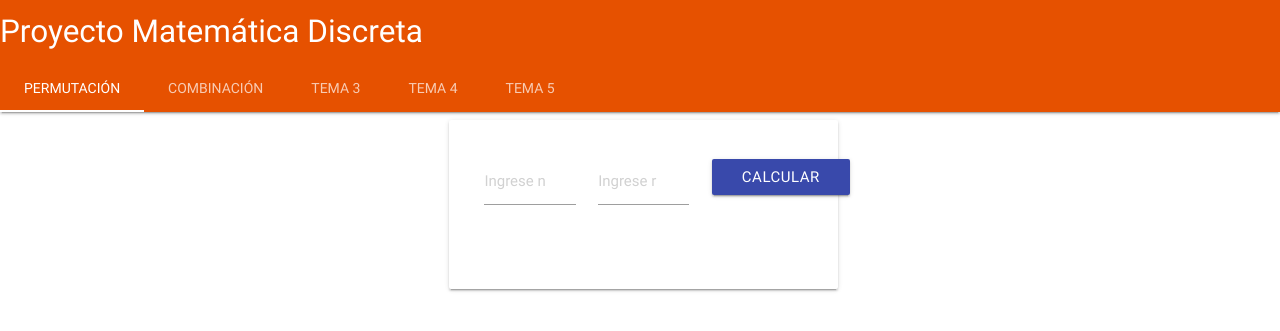
Repository: fernandodeleon/discrete-mathematics-operations
Page: index.html
An editor plug-in stored every save of this project. The page is shown before and after the next save, followed by the edit.
The browser window is 1280 px wide. The pictures show the whole page.

Above is the page before, as saved 2018-10-16 07:51:18.

### index.html
<!DOCTYPE html>
<html lang="en">

<head>
    <meta charset="UTF-8">
    <meta name="viewport" content="width=device-width, initial-scale=1.0">
    <meta http-equiv="X-UA-Compatible" content="ie=edge">
    <title>PROY. MATE. DIS.</title>

    <link href="https://fonts.googleapis.com/icon?family=Material+Icons" rel="stylesheet">
    <link rel="stylesheet" href="https://cdnjs.cloudflare.com/ajax/libs/materialize/0.100.2/css/materialize.min.css">



</head>

<body>
    <nav class="nav-extended orange darken-4">
        <div class="nav-wrapper">
            <a href="#" class="brand-logo">Proyecto Matemática Discreta</a>
        </div>
        <div class="nav-content">
            <ul class="tabs tabs-transparent">
                <li class="tab"><a class="active" href="#test1">Permutación</a></li>
                <li class="tab"><a href="#test2">Combinación</a></li>
                <li class="tab"><a href="#test3">Tema 3</a></li>
                <li class="tab"><a href="#test4">Tema 4</a></li>
                <li class="tab"><a href="#test5">Tema 5</a></li>
            </ul>
        </div>
    </nav>

    <div id="test1" class="col s12">
        <div class="row">
            <div class="col s6 offset-s4">
                <div class="row">
                    <div class="col s12 m8">
                        <div class="card">
                            <div class="card-image">

                            </div>
                            <div class="card-content">
                                <div class="row">
                                    <form id="formPermutacion">
                                        <div class="row">
                                            <div class="input-field col s4">
                                                <input id="inputNPermutacion" placeholder="Ingrese n" type="text" />
                                            </div>
                                            <div class="input-field col s4">
                                                <input id="inputRPermutacion" placeholder="Ingrese r" type="text" />
                                            </div>
                                            <div class="input-field col s4">
                                                <button class="btn waves-effect waves-light indigo darken-1" type="submit">
                                                    Calcular
                                                </button>
                                            </div>
                                        </div>
                                    </form>

                                    <h5 id="resultadoPermutacion"></h5>
                                </div>
                            </div>
                        </div>
                    </div>
                </div>
            </div>
        </div>
    </div>

    <div id="test2" class="col s12">
        <div class="row">
            <div class="col s6 offset-s4">
                <div class="row">
                    <div class="col s12 m8">
                        <div class="card">
                            <div class="card-image">

                            </div>
                            <div class="card-content">
                                <div class="row">
                                    <form id="formCombinacion">
                                        <div class="row">
                                            <div class="input-field col s4">
                                                <input id="inputNCombinacion" placeholder="Ingrese n" type="text" />
                                            </div>
                                            <div class="input-field col s4">
                                                <input id="inputRCombinacion" placeholder="Ingrese r" type="text" />
                                            </div>
                                            <div class="input-field col s4">
                                                <button class="btn waves-effect waves-light indigo darken-1" type="submit">
                                                    Calcular
                                                </button>
                                            </div>
                                        </div>
                                    </form>

                                    <h5 id="resultadoCombinacion"></h5>
                                </div>
                            </div>
                        </div>
                    </div>
                </div>
            </div>
        </div>
    </div>

    <div id="test3" class="col s12">
        <div class="row">
            <div class="col s6 offset-s4">
                <div class="row">
                    <div class="col s12 m8">
                        <div class="card">
                            <div class="card-image">
                                <span id="cubica" class="graph"></span>
                            </div>
                            <div class="card-content">

                                <div class="row">
                                    <form id="formCubica">
                                        <div class="row">
                                            <div class="input-field col s2">
                                                <h5>f(x)=</h5>
                                            </div>
                                            <div class="input-field col s8">
                                                <input id="inputCubica" type="text" />
                                            </div>
                                            <div class="input-field col s2">
                                                <button class="btn waves-effect waves-light" type="submit">
                                                    >
                                                </button>
                                            </div>
                                        </div>
                                    </form>
                                </div>

                            </div>
                        </div>
                    </div>
                </div>
            </div>
        </div>
    </div>

    <div id="test4" class="col s12">
        <div class="row">
            <div class="col s6 offset-s4">
                <div class="row">
                    <div class="col s12 m8">
                        <div class="card">
                            <div class="card-image">
                                <span id="circular" class="graph"></span>
                            </div>
                            <div class="card-content">
                                <div class="row">
                                    <form id="formCircular">
                                        <div class="row">
                                            <div class="input-field col s2">
                                                <h5>f(x)=</h5>
                                            </div>
                                            <div class="input-field col s8">
                                                <input id="inputCircular" type="text" />
                                            </div>
                                            <div class="input-field col s2">
                                                <button class="btn waves-effect waves-light" type="submit">
                                                    >
                                                </button>
                                            </div>
                                        </div>
                                    </form>
                                </div>
                            </div>
                        </div>
                    </div>
                </div>
            </div>
        </div>
    </div>

    <div id="test5" class="col s12">
        <div class="row">
            <div class="col s6 offset-s4">
                <div class="row">
                    <div class="col s12 m8">
                        <div class="card">
                            <div class="card-image">
                                <span id="circular" class="graph"></span>
                            </div>
                            <div class="card-content">
                                <div class="row">
                                    <form id="formCircular">
                                        <div class="row">
                                            <div class="input-field col s2">
                                                <h5>f(x)=</h5>
                                            </div>
                                            <div class="input-field col s8">
                                                <input id="inputCircular" type="text" />
                                            </div>
                                            <div class="input-field col s2">
                                                <button class="btn waves-effect waves-light" type="submit">
                                                    >
                                                </button>
                                            </div>
                                        </div>
                                    </form>
                                </div>
                            </div>
                        </div>
                    </div>
                </div>
            </div>
        </div>
    </div>
</body>
<script src="https://code.jquery.com/jquery-3.3.1.min.js" integrity="sha256-FgpCb/KJQlLNfOu91ta32o/NMZxltwRo8QtmkMRdAu8="
    crossorigin="anonymous"></script>

<script src="https://cdnjs.cloudflare.com/ajax/libs/materialize/0.100.2/js/materialize.min.js"></script>

<script>
    $(document).ready(function () {
        $('select').material_select();
    });
</script>

<script src="./permutacion.js"></script>
<script src="./combinacion.js"></script>
<script src="./tema3.js"></script>
<script src="./tema4.js"></script>
<script src="./tema5.js"></script>

</html>

### permutacion.js
$(document).ready(function () {
    $("#formPermutacion").submit(function (event) {
        let n = $("#inputNPermutacion").val();
        let r = $("#inputRPermutacion").val();

        //n factorial
        var resultadoN = 1;
        for (i = 1; i <= n; i++) {
            resultadoN = resultadoN * i;
        }

        //(n-r) factorial
        if (r < n) {
            let eneMenosErre = n - r;
            var resultadoEneMenorR = 1;
            for (i = 1; i <= eneMenosErre; i++) {
                resultadoEneMenorR = resultadoEneMenorR * i;
            }
            $("#resultadoPermutacion").text("Resultado: " + (resultadoN/resultadoEneMenorR));
        }else{
            Materialize.toast('"r" no puede ser igual o mayor a "n"', 4000)
        }

        event.preventDefault();
    });
});

### combinacion.js
$(document).ready(function () {
    $("#formCombinacion").submit(function (event) {
        let n = $("#inputNCombinacion").val();
        let r = $("#inputRCombinacion").val();

        //n factorial
        var resultadoN = 1;
        for (i = 1; i <= n; i++) {
            resultadoN = resultadoN * i;
        }

        //r factorial
        var resultadoR = 1;
        for (i = 1; i <= r; i++) {
            resultadoR = resultadoR * i;
        }

        //(n-r) factorial
        if (r < n) {
            let eneMenosErre = n - r;
            var resultadoEneMenorR = 1;
            for (i = 1; i <= eneMenosErre; i++) {
                resultadoEneMenorR = resultadoEneMenorR * i;
            }
            $("#resultadoCombinacion").text("Resultado: " + (resultadoN/(resultadoR*resultadoEneMenorR)));
        }else{
            Materialize.toast('"r" no puede ser igual o mayor a "n"', 4000)
        }

        event.preventDefault();
    });
});

### tema3.js
$(document).ready(function () {
    //ejemplo: x*x*x ; x^3
    $("#formCubica").submit(function (event) {
        functionPlot({
            target: '#cubica',
            data: [{
                fn: $("#inputCubica").val(), color: 'green'
            }]
        })

        event.preventDefault();
    });
});

### tema4.js
$(document).ready(function () {
    //ejemplo: 2x^2 -3
    $("#formCuadratica").submit(function (event) {
        functionPlot({
            target: '#cuadratica',
            data: [{
                fn: $("#inputCuadratica").val(), color: 'green'
            }]
        })

        event.preventDefault();
    });
});

### tema5.js
$(document).ready(function () {
    lista = [];

    graficar = () => {
        functionPlot({
            target: '#multiple',
            data: lista.slice()
        })
    }


    $("#formLimites").submit(function (event) {
        lista.push({
            fn: $("#inputLimites").val(), color: $("#inputColorLimite").val(), range: [$("#inputLimite1").val(), $("#inputLimite2").val()]
        });

        lista.forEach(element => {
            $("#tableLimites").append(
                `<tr>
                    <td>${element.fn}</td>
                    <td>${element.color}</td>
                    <td>[${element.range}]</td>
                </tr>`
            )
        });
        graficar();

        event.preventDefault();
    });
})

After the next save:
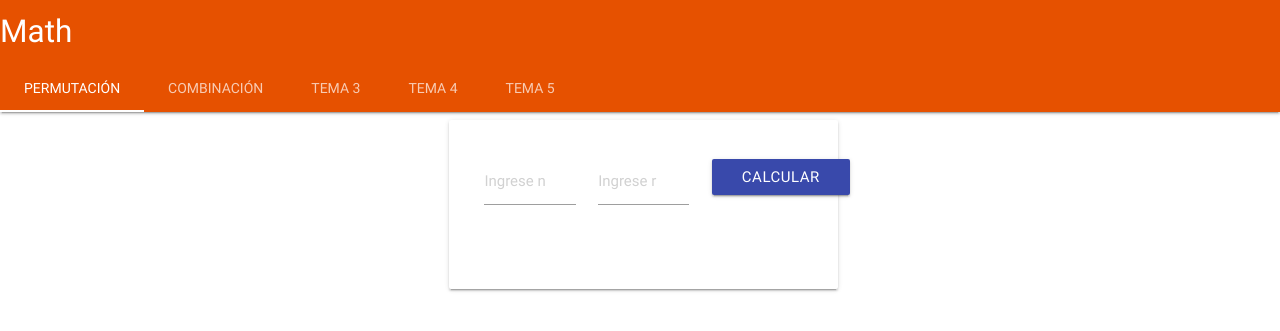
Saved 41 s later.
--- a/index.html
+++ b/index.html
@@ -17,7 +17,7 @@
 <body>
     <nav class="nav-extended orange darken-4">
         <div class="nav-wrapper">
-            <a href="#" class="brand-logo">Proyecto Matemática Discreta</a>
+            <a href="#" class="brand-logo">Math</a>
         </div>
         <div class="nav-content">
             <ul class="tabs tabs-transparent">
